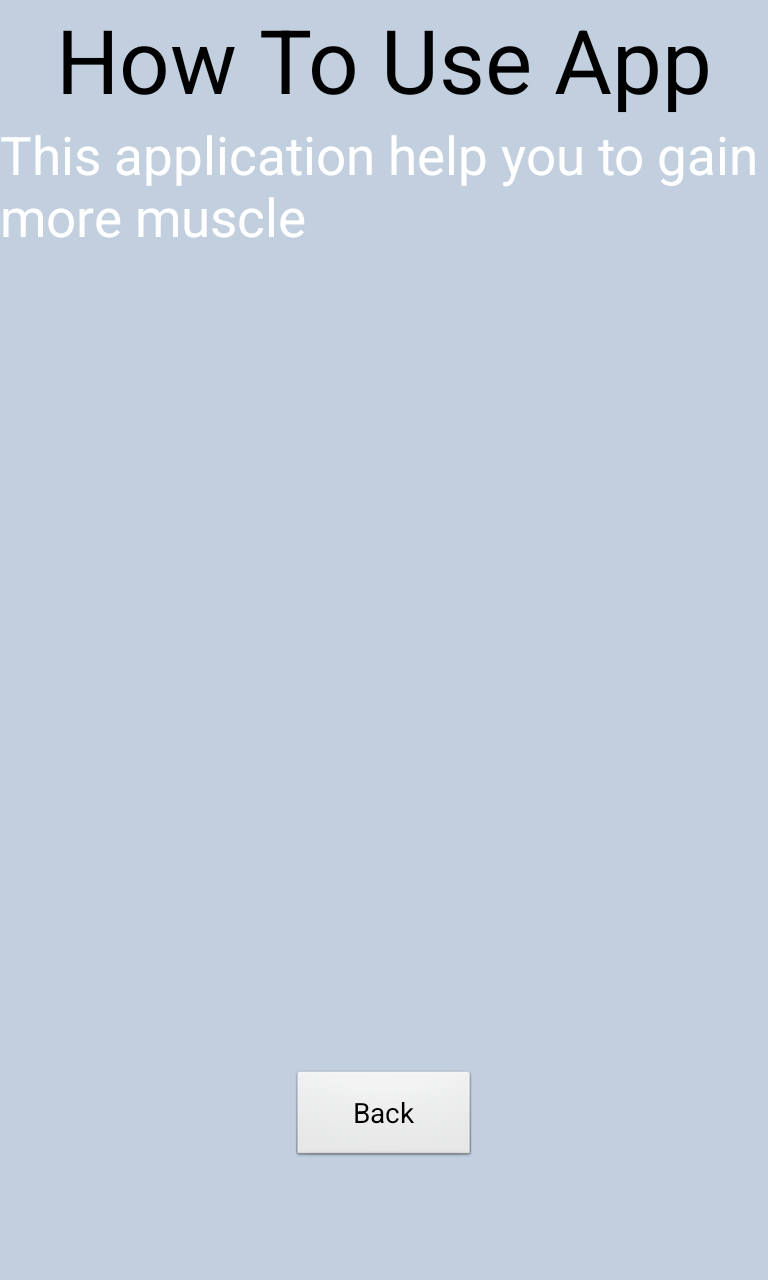
Repository: parinya1968/My-project
Layout: DroidWork/getBig/res/layout/howto.xml
An editor plug-in stored every save of this project. The layout is shown before and after the next save, followed by the edit.
It is drawn on a 768 x 1280 px phone screen (xhdpi) without system bars, with theme android:Theme.NoTitleBar.Fullscreen; the app's code is not run.

Above is the layout before, as saved 2012-06-20 05:51:37.

After the next save:
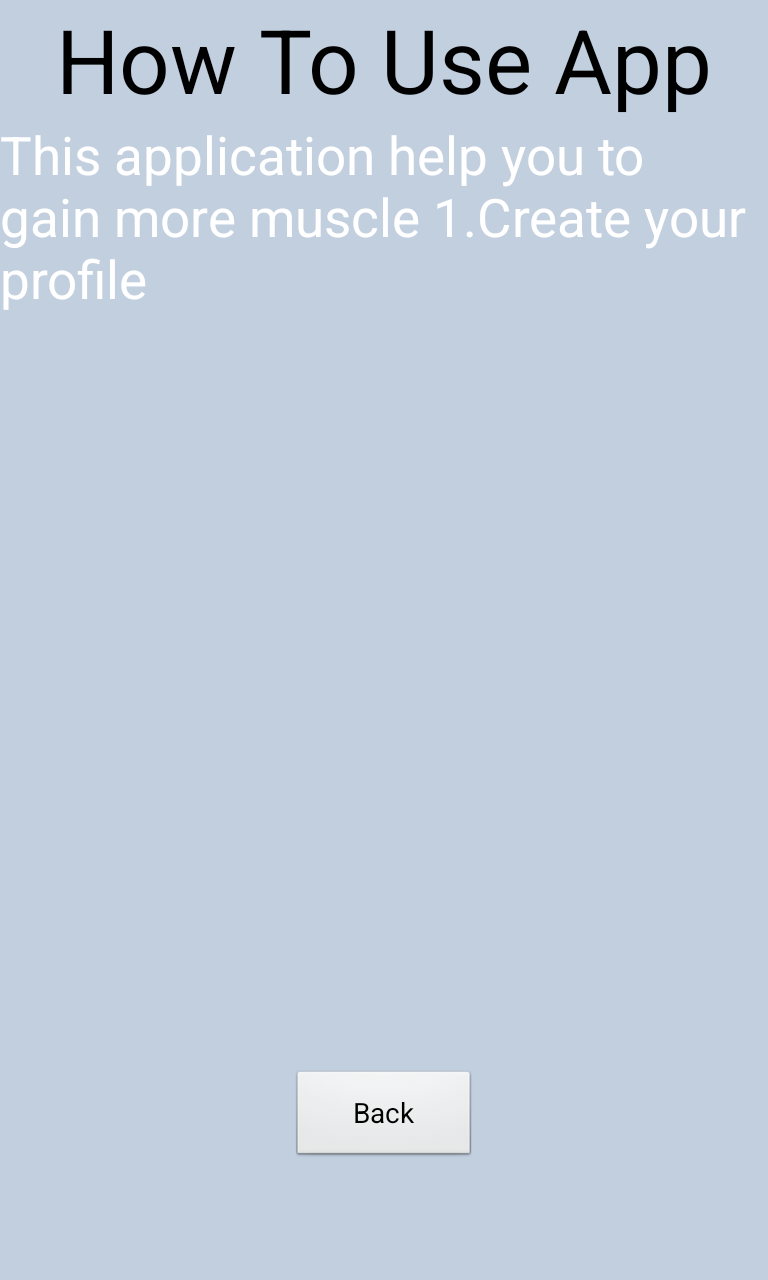
Saved 22 s later.
--- a/DroidWork/getBig/res/values/strings.xml
+++ b/DroidWork/getBig/res/values/strings.xml
@@ -5,6 +5,7 @@
     <string name="app_name">GetBig</string>
     <string name="howTo">
         <p>This application help you to gain more muscle
+            1.Create your profile
         </p>
     </string>
 
